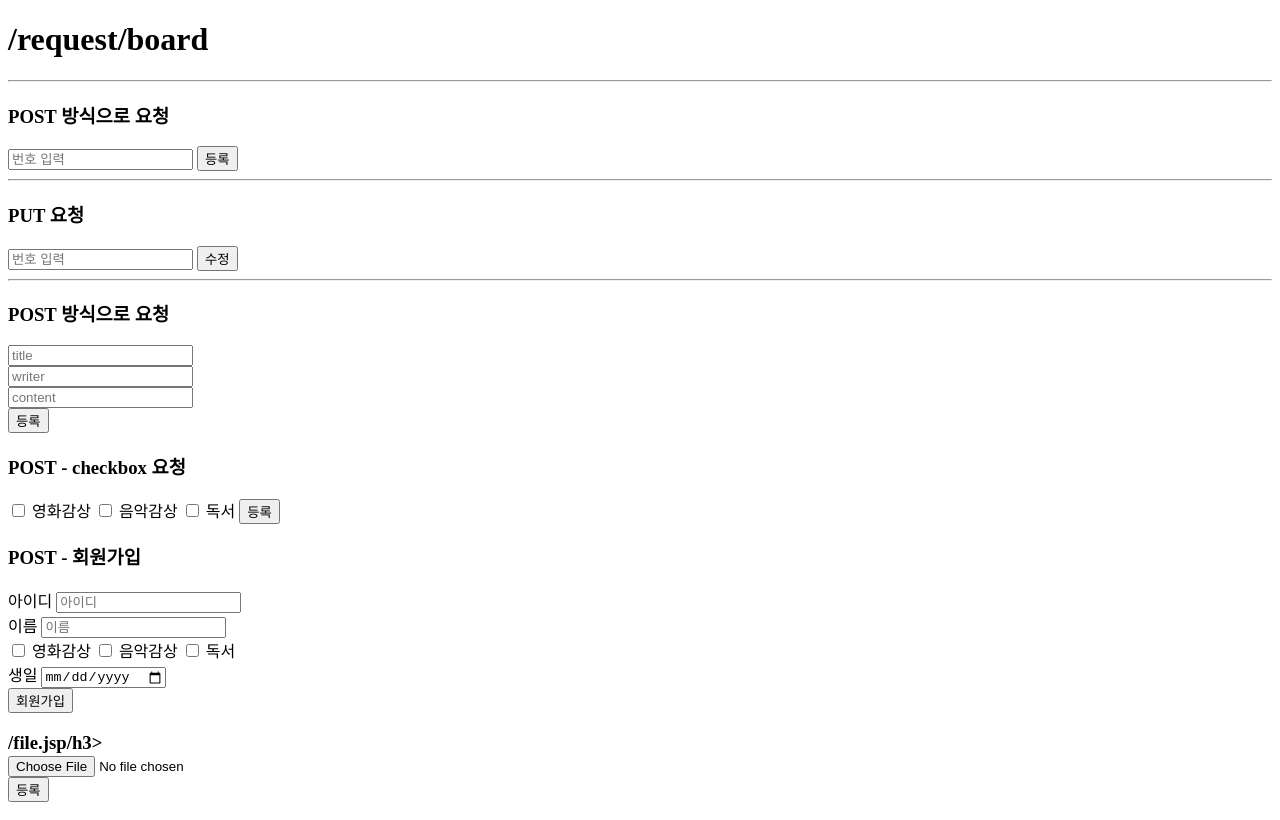
Repository: xegenie/Spring
Page: http://localhost/spring-mvc/request/board
The author's editor kept a copy of each file at every save. The page is drawn from the files as they stood at one save, then again after the next save.
The browser window is 1280 px wide. The pictures show the whole page.
The page is served by Tomcat 9.

Above is the page before, as saved 2024-11-07 06:55:46.

After the next save:
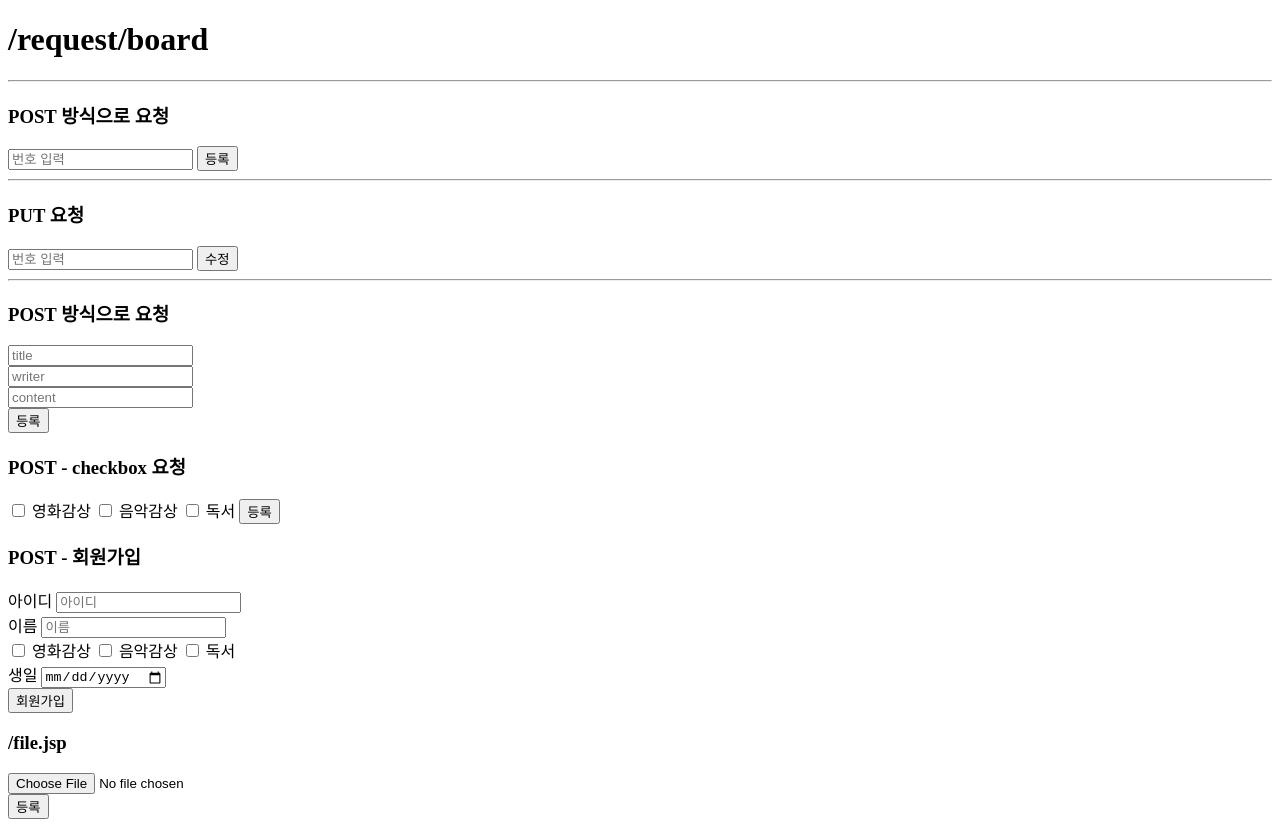
Saved 23 s later.
--- a/spring-mvc/src/main/webapp/WEB-INF/views/request/board.jsp
+++ b/spring-mvc/src/main/webapp/WEB-INF/views/request/board.jsp
@@ -83,7 +83,7 @@
         <input type="submit" value="회원가입">
     </form>
 
-	<h3>/file.jsp/h3>
+	<h3>/file.jsp</h3>
 	<form action="${ pageContext.request.contextPath }/request/file" method="POST" enctype="multipart/form-data">
 		<input type="file" name="file" /> <br>
 		<input type="submit" value="등록" />
